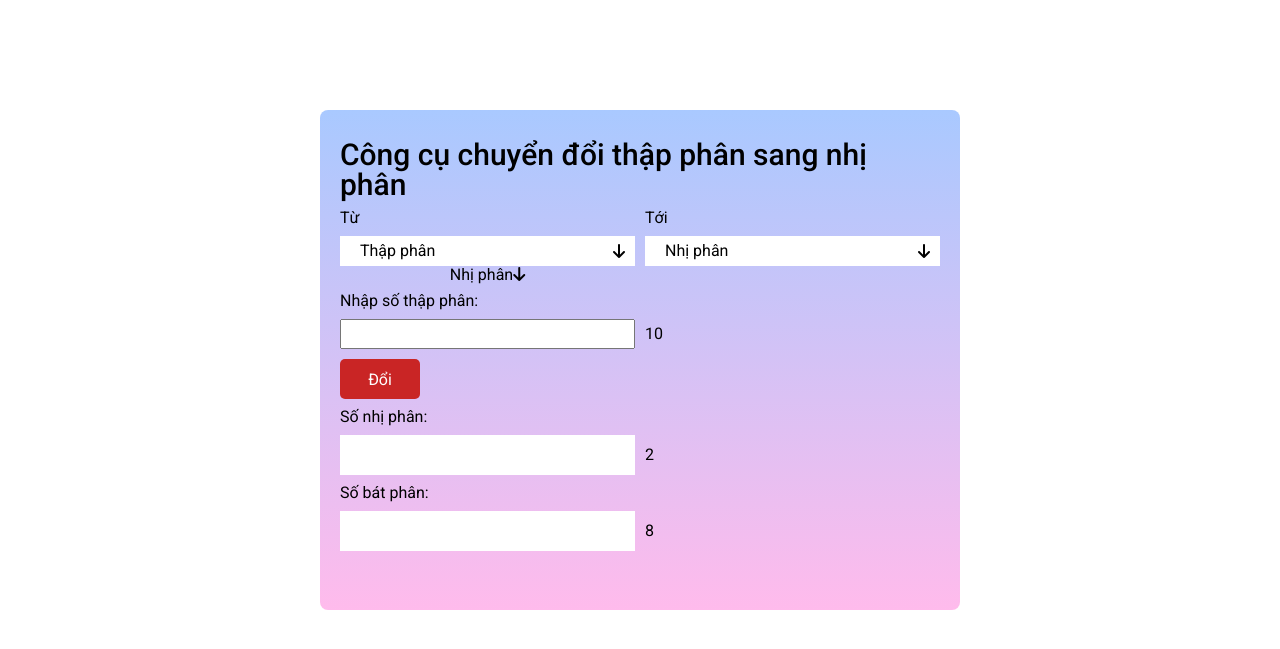
Repository: thuanpham00/covertNumber
Page: index.html
The author's editor kept a copy of each file at every save. The page is drawn from the files as they stood at one save, then again after the next save.
The browser window is 1280 px wide. The pictures show the whole page.
Some web libraries are served in a nearby version. The style sheet was rebuilt from its Sass, Less or Tailwind sources for each picture, by a compiler version that may differ from the author's.

Above is the page before, as saved 2023-11-05 16:37:19.
Console error: TypeError: Cannot read properties of null (reading 'addEventListener')

After the next save:
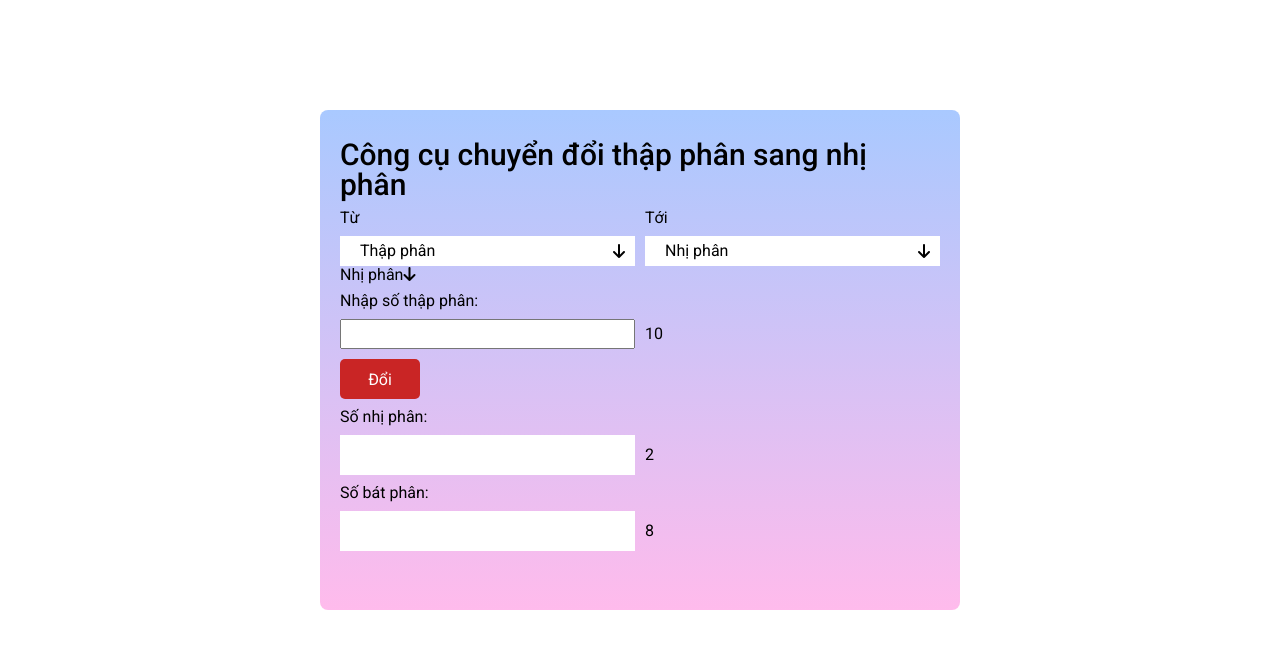
Saved 22 s later.
--- a/scss/main.scss
+++ b/scss/main.scss
@@ -224,5 +224,4 @@ button {
 .list {
    display: flex;
    align-items: center;
-   justify-content: center;
-}
+}
